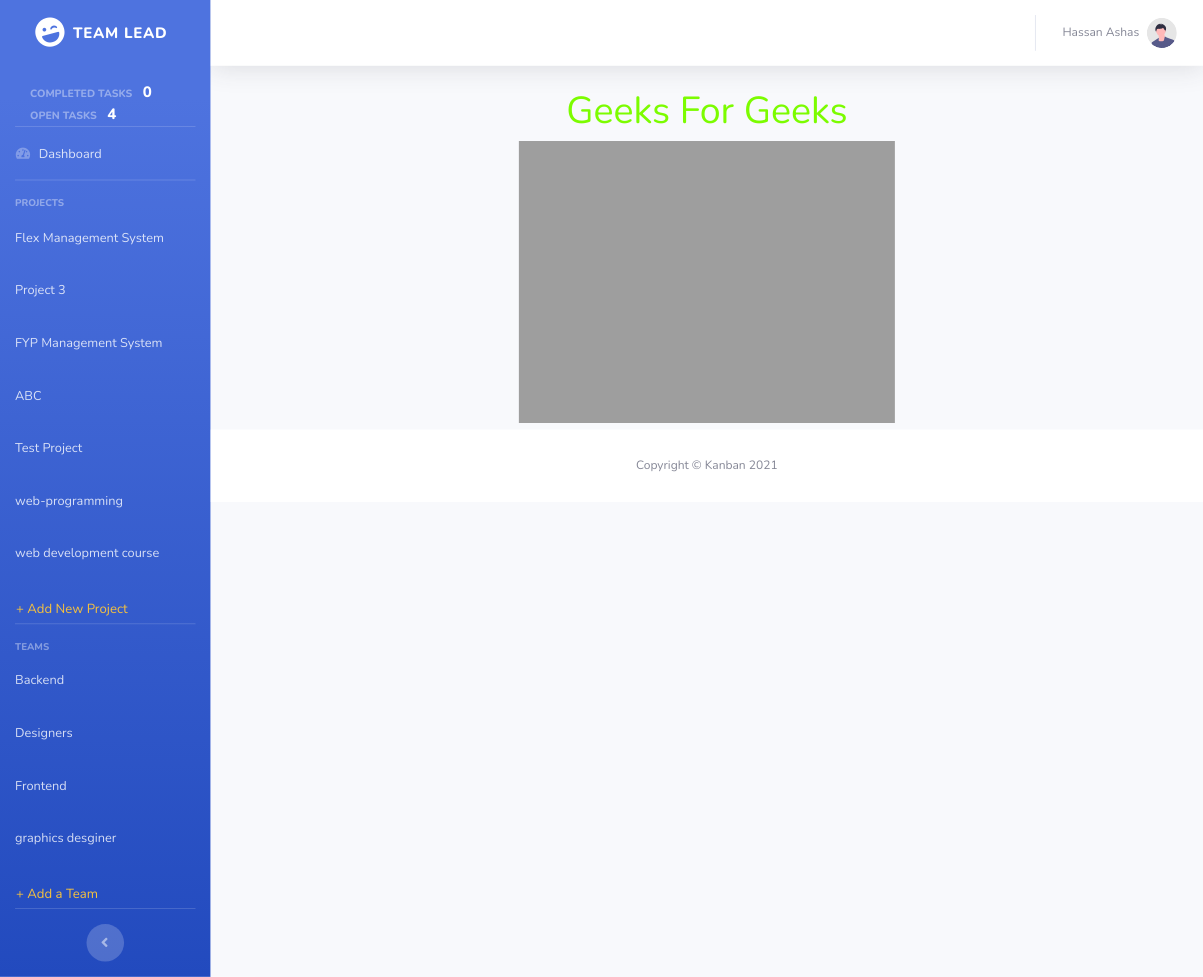
Repository: hassan-0184/webproject.github.io
Page: http://localhost/
The author's editor kept a copy of each file at every save. The page is drawn from the files as they stood at one save, then again after the next save.
The browser window is 1280 px wide. The pictures show the whole page, at 94% of full size.
Pictures or frames that could not be fetched are drawn as grey boxes. The page is run by PHP 8.4 with error messages shown; the project is at /var/www/html/. The session is filled in as if someone had signed in: {"member_id": 1}. Other server files are loaded and not shown. The database holds what the project's SQL file puts in it.

Above is the page before, as saved 2022-05-23 12:41:03.
Console error: TypeError: Cannot read properties of null (reading 'length')

### index.php
<?php include "header.php" ?>

        <!-- Content Wrapper -->
        <div id="content-wrapper" class="d-flex flex-column">

            <!-- Main Content -->
            <div id="content">

                <!-- Topbar -->
                <nav class="navbar navbar-expand navbar-light bg-white topbar mb-4 static-top shadow">

                    <!-- Sidebar Toggle (Topbar) -->
                    <button id="sidebarToggleTop" class="btn btn-link d-md-none rounded-circle mr-3">
                        <i class="fa fa-bars"></i>
                    </button>

                    <!-- Topbar Navbar -->
                    <ul class="navbar-nav ml-auto">


                        <div class="topbar-divider d-none d-sm-block"></div>

                        <!-- Nav Item - User Information -->
                        <li class="nav-item dropdown no-arrow">
                            <a class="nav-link dropdown-toggle" href="#" id="userDropdown" role="button"
                                data-toggle="dropdown" aria-haspopup="true" aria-expanded="false">
                                <span class="mr-2 d-none d-lg-inline text-gray-600 small"><?php echo $member_info['0']['m_name']; ?></span>
                                <img class="img-profile rounded-circle"
                                    src="img/undraw_profile.svg">
                            </a>
                            <!-- Dropdown - User Information -->
                            <div class="dropdown-menu dropdown-menu-right shadow animated--grow-in"
                                aria-labelledby="userDropdown">

                                <a class="dropdown-item" href="#logout.php" data-toggle="modal" data-target="#logoutModal">
                                    <i class="fas fa-sign-out-alt fa-sm fa-fw mr-2 text-gray-400"></i>
                                    Logout
                                </a>
                            </div>
                        </li>

                    </ul>

                </nav>
                <!-- End of Topbar -->
            <!-- Footer -->
            <center>
        <h1 style="color:lawngreen;">
            Geeks For Geeks
        </h1>

        <div>
            <!-- Google Map Copied Code -->
            <iframe src=
"https://www.google.com/maps/embed?pb=!1m18!1m12!1m3!1d3506.2233913121413!2d77.4051603706222!3d28.50292593193056!2m3!1f0!2f0!3f0!3m2!1i1024!2i768!4f13.1!3m3!1m2!1s0x390ce626851f7009%3A0x621185133cfd1ad1!2sGeeksforGeeks!5e0!3m2!1sen!2sin!4v1585040658255!5m2!1sen!2sin"
                    width="400"
                    height="300"
                    frameborder="0"
                    style="border:0;"
                    allowfullscreen=""
                    aria-hidden="false"
                    tabindex="0">
            </iframe>
        </div>
    </center>
            <footer class="sticky-footer bg-white">
                <div class="container my-auto">

                    <div class="copyright text-center my-auto">
                        <span>Copyright &copy; Kanban 2021</span>
                    </div>
                </div>
            </footer>
            <!-- End of Footer -->

        </div>
        <!-- End of Content Wrapper -->

    </div>
    <!-- End of Page Wrapper -->

    <!-- Scroll to Top Button-->
    <a class="scroll-to-top rounded" href="#page-top">
        <i class="fas fa-angle-up"></i>
    </a>

    <!-- Logout Modal-->
    <div class="modal fade" id="logoutModal" tabindex="-1" role="dialog" aria-labelledby="exampleModalLabel"
        aria-hidden="true">
        <div class="modal-dialog" role="document">
            <div class="modal-content">
                <div class="modal-header">
                    <h5 class="modal-title" id="exampleModalLabel">Ready to Leave?</h5>
                    <button class="close" type="button" data-dismiss="modal" aria-label="Close">
                        <span aria-hidden="true">×</span>
                    </button>
                </div>
                <div class="modal-body">Select "Logout" below if you are ready to end your current session.</div>
                <div class="modal-footer">
                    <button class="btn btn-secondary" type="button" data-dismiss="modal">Cancel</button>
                    <a class="btn btn-primary" href="logout.php">Logout</a>
                </div>
            </div>
        </div>



    </div>

    <!-- Bootstrap core JavaScript-->
    <script src="vendor/jquery/jquery.min.js"></script>
    <script src="vendor/bootstrap/js/bootstrap.bundle.min.js"></script>

    <!-- Core plugin JavaScript-->
    <script src="vendor/jquery-easing/jquery.easing.min.js"></script>

    <!-- Custom scripts for all pages-->
    <script src="js/sb-admin-2.min.js"></script>

    <!-- Page level plugins -->
    <script src="vendor/chart.js/Chart.min.js"></script>

    <!-- Page level custom scripts -->
    <script src="js/demo/chart-area-demo.js"></script>
    <script src="js/demo/chart-pie-demo.js"></script>

</body>
<script>
    $(document).ready(function(){
        <?php include_once 'footer.php'; ?>
    });
</script>

</html>

### header.php
<?php include_once "db.php";
session_start();

if (!isset($_SESSION['member_id']))
  header('location:login.php');
$id = $_SESSION['member_id'];
?>

<?php
        $member_info = $db->get_member_info($id);
?>
<!DOCTYPE html>
<html lang="en">

<head>

    <meta charset="utf-8">
    <meta http-equiv="X-UA-Compatible" content="IE=edge">
    <meta name="viewport" content="width=device-width, initial-scale=1, shrink-to-fit=no">
    <meta name="description" content="">
    <meta name="author" content="">

    <title>Kanban</title>

    <!-- Custom fonts for this template-->
    <link href="vendor/fontawesome-free/css/all.min.css" rel="stylesheet" type="text/css">
    <link
        href="https://fonts.googleapis.com/css?family=Nunito:200,200i,300,300i,400,400i,600,600i,700,700i,800,800i,900,900i"
        rel="stylesheet">

    <!-- Custom styles for this template-->
    <link href="css/sb-admin-2.min.css" rel="stylesheet">

</head>

<body id="page-top">

    <!-- Page Wrapper -->
    <div id="wrapper">

        <!-- Sidebar -->
        <ul class="navbar-nav bg-gradient-primary sidebar sidebar-dark accordion" id="accordionSidebar">

            <!-- Sidebar - Brand -->
            <a class="sidebar-brand d-flex align-items-center justify-content-center" href="#">
                <div class="sidebar-brand-icon rotate-n-15">
                    <i class="fas fa-laugh-wink"></i>

                </div>
                <div class="sidebar-brand-text mx-2">
                   <?php echo $member_info['0']['m_role']; ?>
                </div>

            </a>
            <div class="sidebar-heading mt-3 ">



                <div class=" sidebar-heading "  id = "completed_open_tasks">

                  <?php $total = $db->count_tasks_per_member($member_info[0]['m_id'], "Not"); ?>
                  <span class="fonts_txt">Completed Tasks <span class="ml-2 fonts_num text-white"><?php echo $total; ?></span>    </span>
                  <?php $total = $db->count_tasks_per_member($member_info[0]['m_id'], "NULL"); ?>
                  <span class="fonts_txt">Open Tasks <span class="ml-2 fonts_num text-white"><?php echo $total; ?></span>    </span>
              </div>


              </div>

            <!-- Divider -->
            <hr class="sidebar-divider my-0">
            <!-- Nav Item - Dashboard -->
            <li class="nav-item">
                <a class="nav-link" href="index.php">
                    <i class="fas fa-fw fa-tachometer-alt"></i>
                    <span>Dashboard</span></a>
            </li>

            <!-- Divider -->
            <hr class="sidebar-divider">

            <!-- Heading -->
            <div class="sidebar-heading">
                Projects
            </div>

            <!-- Nav Item - Pages Collapse Menu -->

            <div id = "project_names">
              <?php
              $total_projects = $db->count_total_projects($id);
              if ($total_projects > 0)
              {
                $projects_names = $db->get_all_projects($id);
                foreach($projects_names as $row)
                {
                  ?>
                  <li class="nav-item">
                  <a class="nav-link" href="project_backlog.php?page=<?php echo $row['p_id']; ?>">

                      <span><?php echo $row['p_name']; ?></span></a>
                  </li>
                  <?php
                }
              }
              ?>

            </div>




            <!-- Nav Item - Utilities Collapse Menu -->
            <?php if ($member_info[0]['m_role'] == 'Team Lead')
            {?><button type="button" class="btn btn-sm btn-outline-warning text-left ml-2" id = "add_task" data-toggle="modal" data-target="#add_project_modal">
                + Add New Project
            </button>
            <?php }?>
            <!-- Divider -->
            <hr class="sidebar-divider">

            <!-- Heading -->
            <div class="sidebar-heading">
                TEAMS
            </div>

            <!-- Nav Item - Pages Collapse Menu -->


            <!-- Nav Item - Charts -->
            <div id = "team_names">
              <?php
              $total_teams = $db->count_total_teams();
              if ($total_teams > 0)
              {
                $team_name = $db->get_all_teams();
                foreach($team_name as $row)
                {
                  ?>
                  <li class="nav-item">
                  <a class="nav-link" href="team.php?page=<?php echo $row['team_id']; ?>">
                      <span><?php echo $row['t_name']; ?></span></a>
                  </li>
                  <?php
                }
              }
              ?>

            </div>
            <?php if ($member_info[0]['m_role'] == 'Team Lead')
            {?>
            <button type="button" class="btn btn-sm btn-outline-warning text-left ml-2 click_team" id = "add_task" data-toggle="modal" data-target="#add_team_modal">
                + Add a Team
            </button><?php }?>

<!-- Modal - Add Project -->
<div class="modal fade" id="add_project_modal" tabindex="-1" role="dialog" aria-labelledby="exampleModalCenterTitle" aria-hidden="true">
    <div class="modal-dialog modal-dialog-centered" role="document">
      <div class="modal-content">
        <div class="modal-header">
          <h5 class="modal-title" id="exampleModalLongTitle">Add a New Project</h5>
          <button type="button" class="close" data-dismiss="modal" aria-label="Close">
            <span aria-hidden="true">&times;</span>
          </button>
        </div>
        <div class="modal-body">
           <form action="javascript:void(0);" class = "form" id = "add-project-form" method = "POST">
                  <div class = "row form-group">
                    <div class = "col-12 form-group">
                      <label for="project_name">Project Name</label>
                      <input type="text" id = "add_project_name" name = "add_project_name" placeholder = "Title of the Project" value="" class="form-control">
                      <span id = "error_p_name" class = "text-danger"></span>
                    </div>
                  </div>
                  <div class = "row form-group">
                    <div class = "col-12 form-group">
                      <label for="project_description">Project Description</label>
                      <input type="text" id = "add_project_description" name = "add_project_description" placeholder = "e.g. What the project is about?" value="" class="form-control">
                      <span id = "error_p_description" class = "text-danger"></span>
                    </div>
                  </div>
                  <div class = "row form-group">
                    <div class = "col-12 form-group">
                       <label for="project_team">Team</label>
                        <select name="project_team_name" id="project_team_name" class = "float-left js-example-basic-single form-control w-100" style="margin-bottom: 10px">
                        <option value="NULL">Select</option>
                         <?php $teams = $db->get_all_teams(); ?>
                          <?php foreach ($teams as $team){ ?>
                          <option value="<?php echo $team['team_id']; ?>" ><?php echo $team['t_name'];  ?></option>
                          <?php } ?>
                    </select>
                     <span id = "error_p_team" class = "text-danger"></span>
                    </div>
                  </div>
                  <input type="submit" id = "add_project_submit" name = "add_project_submit" class = "w-100 btn btn-success btn-lg btn-block" value ="Add Project">



                </form> <!-- Form end -->
        </div>
      </div>
    </div>
  </div>


<!-- Modal - Add Team -->
<div class="modal fade" id="add_team_modal" tabindex="-1" role="dialog" aria-labelledby="exampleModalCenterTitle" aria-hidden="true">
    <div class="modal-dialog modal-dialog-centered" role="document">
      <div class="modal-content">
        <div class="modal-header">
          <h5 class="modal-title" id="exampleModalLongTitle">Add a New Team</h5>
          <button type="button" class="close" data-dismiss="modal" aria-label="Close">
            <span aria-hidden="true">&times;</span>
          </button>
        </div>
        <div class="modal-body">
           <form action="javascript:void(0);" class = "form" id = "add-team-form" method = "POST">
                  <div class = "row form-group">
                    <div class = "col-12 form-group">
                      <label for="name">Team Name</label>
                      <input type="text" id = "add_team_name" name = "add_team_name" placeholder = "e.g. Designers or Backend" value="" class="form-control">
                      <span id = "error_t_team" class = "text-danger"></span>
                    </div>
                  </div>
                  <input type="submit" id = "add_team_submit" name = "add_team_submit" class = "w-100 btn btn-success btn-lg btn-block" value ="Add Team">

                  <div id = "success-msg" class="w-75" style = "margin-bottom: 30px;">
                  </div>



                </form> <!-- Form end -->
        </div>
      </div>
    </div>
  </div>
            <!-- Divider -->
            <hr class="sidebar-divider d-none d-md-block">

            <!-- Sidebar Toggler (Sidebar) -->
            <div class="text-center d-none d-md-inline">
                <button class="rounded-circle border-0" id="sidebarToggle"></button>
            </div>

        </ul>
        <!-- End of Sidebar -->

### footer.php
$("#add_team_modal").on('submit', function(e){
			e.preventDefault();
            var team_name = $('#add_team_name').val();
			$.ajax({
				url: 'action.php',
				method: 'POST',
				data: {team_name: team_name, action:"Add_Team"},
				dataType: 'json',
				beforeSend:function()
				{
					$('#add_team_submit').val('Validating...');
					$('#add_team_submit').attr('disabled', true);
				},
				success: function(data)
				{
                    $('#add_team_submit').val('Add Task');
					$('#add_team_submit').attr('disabled', false);
					if (data.success)
					{
						$("#add_team_modal").modal("toggle");
                        $("#team_names").load(location.href + " #team_names");
					}
					if (data.error)
					{
						if (data.error_t_team != '')
							$('#error_t_team').text(data.error_t_name);
						else
							$('#error_t_team').text('');
					}
				}
			});
		});

 $("#add_project_modal").on('submit', function(e){
			e.preventDefault();
            var project_name = $('#add_project_name').val();
            var project_description = $('#add_project_description').val();
            var team_name = $('#project_team_name').val();
			$.ajax({
				url: 'action.php',
				method: 'POST',
				data: {project_name: project_name, team_name: team_name, project_description: project_description, action:"Add_Project"},
				dataType: 'json',
				beforeSend:function()
				{
					$('#add_project_submit').val('Validating...');
					$('#add_project_submit').attr('disabled', true);
				},
				success: function(data)
				{
                    $('#add_project_submit').val('Add Project');
					$('#add_project_submit').attr('disabled', false);
					if (data.success)
					{
						$("#add_project_modal").modal("toggle");
                        $("#project_names").load(location.href + " #project_names");
					}
					if (data.error)
					{
						if (data.error_p_name == 'Project Name is Required')
						{
                            $('#error_p_name').text(data.error_p_name);
                        }
                        else
							$('#error_p_name').text('');
                        if (data.error_p_description == 'Project Description is Required')
						{
                        	$('#error_p_description').text(data.error_p_description);
                        }
                        else
							$('#error_p_description').text('');
                        if (data.error_p_team == 'Team is Required')
						{
                            $('#error_p_team').text(data.error_p_team);
                        }
                        else
							$('#error_p_team').text('');
					}
				}
			});
		});

### website (2).sql (the tables this page reads)
CREATE TABLE `tbl_member` (
  `m_id` int(11) NOT NULL,
  `m_name` varchar(50) NOT NULL,
  `m_username` varchar(50) NOT NULL,
  `m_password` varchar(50) NOT NULL,
  `m_role` varchar(50) NOT NULL,
  `team_id` int(11) DEFAULT NULL
) ENGINE=InnoDB DEFAULT CHARSET=utf8mb4;

INSERT INTO `tbl_member` (`m_id`, `m_name`, `m_username`, `m_password`, `m_role`, `team_id`) VALUES
(1, 'Hassan Ashas', 'hassanashas', '123', 'Team Lead', 1),
(2, 'Talha Ayub', 'talha', '123', 'Junior Developer', 1),
(5, 'Noman Khan', 'noman', '123', 'Team Lead', 2),
(10, 'hassan shahzad', 'hassan', '123', 'Team Lead', 4),
(18, 'Talha', 'talha123', '123', 'Junior Developer', 1),
(19, 'Ashas', 'ashas', '123', 'Junior Developer', 1);

ALTER TABLE `tbl_member`
  ADD PRIMARY KEY (`m_id`),
  ADD KEY `member-project` (`team_id`);

ALTER TABLE `tbl_member`
  MODIFY `m_id` int(11) NOT NULL AUTO_INCREMENT, AUTO_INCREMENT=20;

ALTER TABLE `tbl_member`
  ADD CONSTRAINT `member-project` FOREIGN KEY (`team_id`) REFERENCES `tbl_team` (`team_id`) ON DELETE SET NULL ON UPDATE CASCADE;

CREATE TABLE `tbl_project` (
  `p_id` int(11) NOT NULL,
  `p_name` varchar(100) NOT NULL,
  `p_about` varchar(500) NOT NULL,
  `team_id` int(11) DEFAULT NULL
) ENGINE=InnoDB DEFAULT CHARSET=utf8mb4;

INSERT INTO `tbl_project` (`p_id`, `p_name`, `p_about`, `team_id`) VALUES
(1, 'Flex Management System', 'Development of a online platform for easier communication between students and teachers', 1),
(3, 'Project 3', 'Related to Backend development', 1),
(4, 'School Management System', 'Creating a School management system', 2),
(5, 'FYP Management System', 'A platform for FYPs', 1),
(6, 'XYZ', 'Nothing really', 2),
(7, 'ABC', 'Details', 1),
(8, 'CCD', 'Details', 2),
(9, 'Test Project', 'Test Description', 1),
(10, 'web-programming', 'my course project', 4),
(11, 'web-programming', 'my course project', 1),
(12, ' web development course', 'my course project', 1);

ALTER TABLE `tbl_project`
  ADD PRIMARY KEY (`p_id`),
  ADD KEY `project-team` (`team_id`);

ALTER TABLE `tbl_project`
  MODIFY `p_id` int(11) NOT NULL AUTO_INCREMENT, AUTO_INCREMENT=13;

ALTER TABLE `tbl_project`
  ADD CONSTRAINT `project-team` FOREIGN KEY (`team_id`) REFERENCES `tbl_team` (`team_id`) ON DELETE SET NULL ON UPDATE CASCADE;

CREATE TABLE `tbl_task` (
  `t_id` int(11) NOT NULL,
  `t_name` varchar(100) NOT NULL,
  `t_description` varchar(500) NOT NULL,
  `project_id` int(11) NOT NULL,
  `member_id` int(11) DEFAULT NULL,
  `status` varchar(20) NOT NULL DEFAULT 'todo',
  `last_update` timestamp NOT NULL DEFAULT current_timestamp()
) ENGINE=InnoDB DEFAULT CHARSET=utf8mb4;

INSERT INTO `tbl_task` (`t_id`, `t_name`, `t_description`, `project_id`, `member_id`, `status`, `last_update`) VALUES
(1, 'Admin Portal Creation', 'Creating a portal in which admin will be able to manage teachers and students in the Flex', 1, 1, 'todo', '2021-08-06 21:28:53'),
(2, 'Teacher Portal Creation', 'Creating teacher\'s portal for management', 1, 1, 'doing', '2021-08-06 21:29:00'),
(3, 'Attendance System', 'Creating a system of attendance with which teacher can take attendance of students', 1, 2, 'done', '2021-08-06 21:12:20'),
(4, 'Hello', 'None', 1, 2, 'done', '2021-08-06 21:18:40'),
(6, 'Email Verification', 'Confirming Email verification ', 1, 1, 'testing', '2021-08-06 21:30:50'),
(7, 'Phone Verification', 'etc.', 1, 2, 'completed', '2021-08-05 10:58:17'),
(8, 'Phone Verification #2', 'etc.', 1, 2, 'todo', '2021-08-06 21:31:07'),
(14, 'email validation', 'check on Gmail', 12, 1, 'doing', '2022-05-23 07:12:25');

ALTER TABLE `tbl_task`
  ADD PRIMARY KEY (`t_id`),
  ADD KEY `task-member` (`member_id`),
  ADD KEY `task-project` (`project_id`);

ALTER TABLE `tbl_task`
  MODIFY `t_id` int(11) NOT NULL AUTO_INCREMENT, AUTO_INCREMENT=15;

ALTER TABLE `tbl_task`
  ADD CONSTRAINT `task-member` FOREIGN KEY (`member_id`) REFERENCES `tbl_member` (`m_id`) ON DELETE CASCADE ON UPDATE CASCADE,
  ADD CONSTRAINT `task-project` FOREIGN KEY (`project_id`) REFERENCES `tbl_project` (`p_id`) ON DELETE CASCADE ON UPDATE CASCADE;

CREATE TABLE `tbl_team` (
  `team_id` int(11) NOT NULL,
  `t_name` varchar(100) NOT NULL
) ENGINE=InnoDB DEFAULT CHARSET=utf8mb4;

INSERT INTO `tbl_team` (`team_id`, `t_name`) VALUES
(1, 'Backend'),
(2, 'Designers'),
(4, 'Frontend'),
(11, 'graphics desginer');

ALTER TABLE `tbl_team`
  ADD PRIMARY KEY (`team_id`);

ALTER TABLE `tbl_team`
  MODIFY `team_id` int(11) NOT NULL AUTO_INCREMENT, AUTO_INCREMENT=12;

Loaded but not shown: css/sb-admin-2.min.css (library); js/sb-admin-2.min.js (common file); js/demo/chart-area-demo.js (common file); js/demo/chart-pie-demo.js (common file); img/undraw_profile.svg (38 lines, source omitted); db.php (331 lines, source omitted)

After the next save:
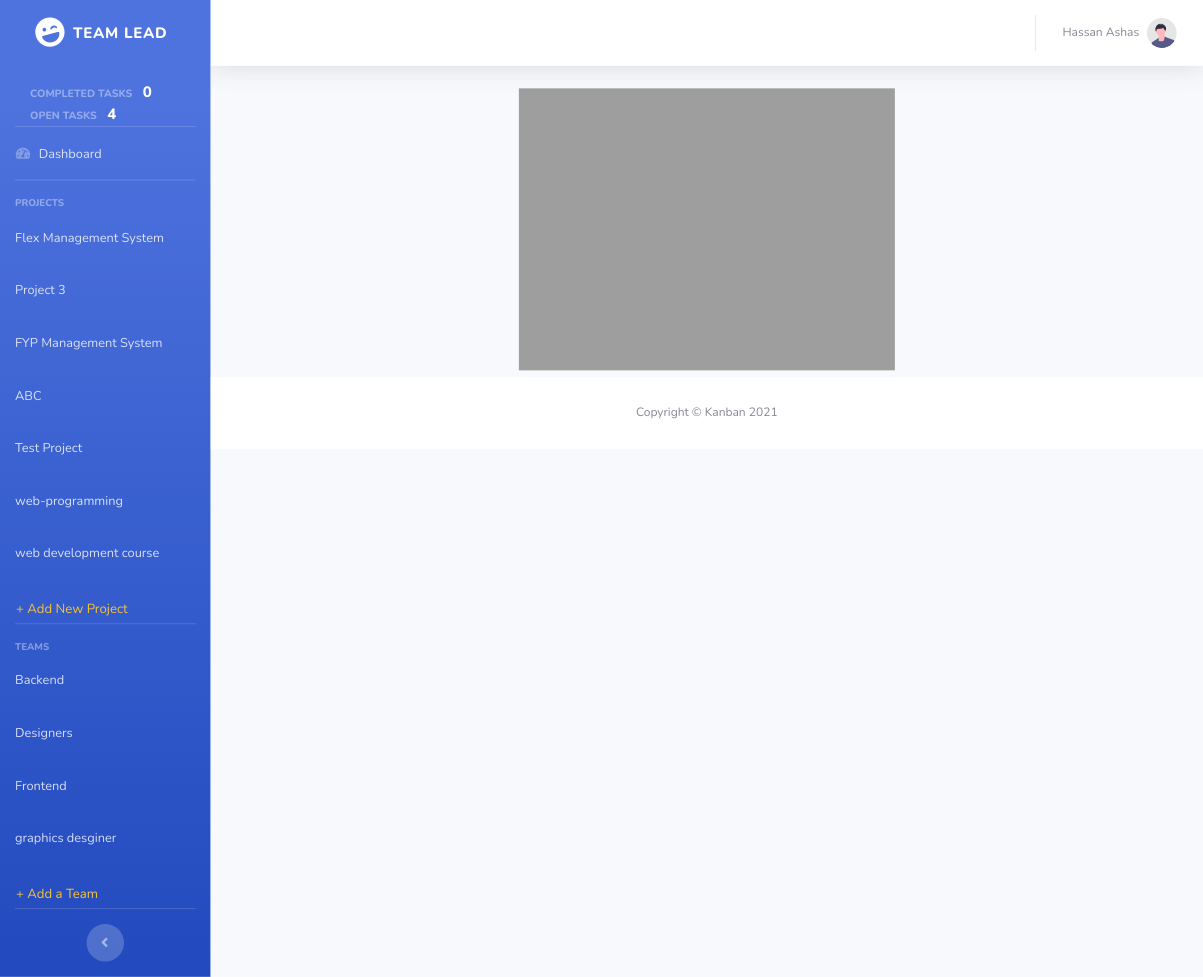
Saved 19 s later.
--- a/index.php
+++ b/index.php
@@ -45,9 +45,7 @@
                 <!-- End of Topbar -->
             <!-- Footer -->
             <center>
-        <h1 style="color:lawngreen;">
-            Geeks For Geeks
-        </h1>
+
 
         <div>
             <!-- Google Map Copied Code -->
